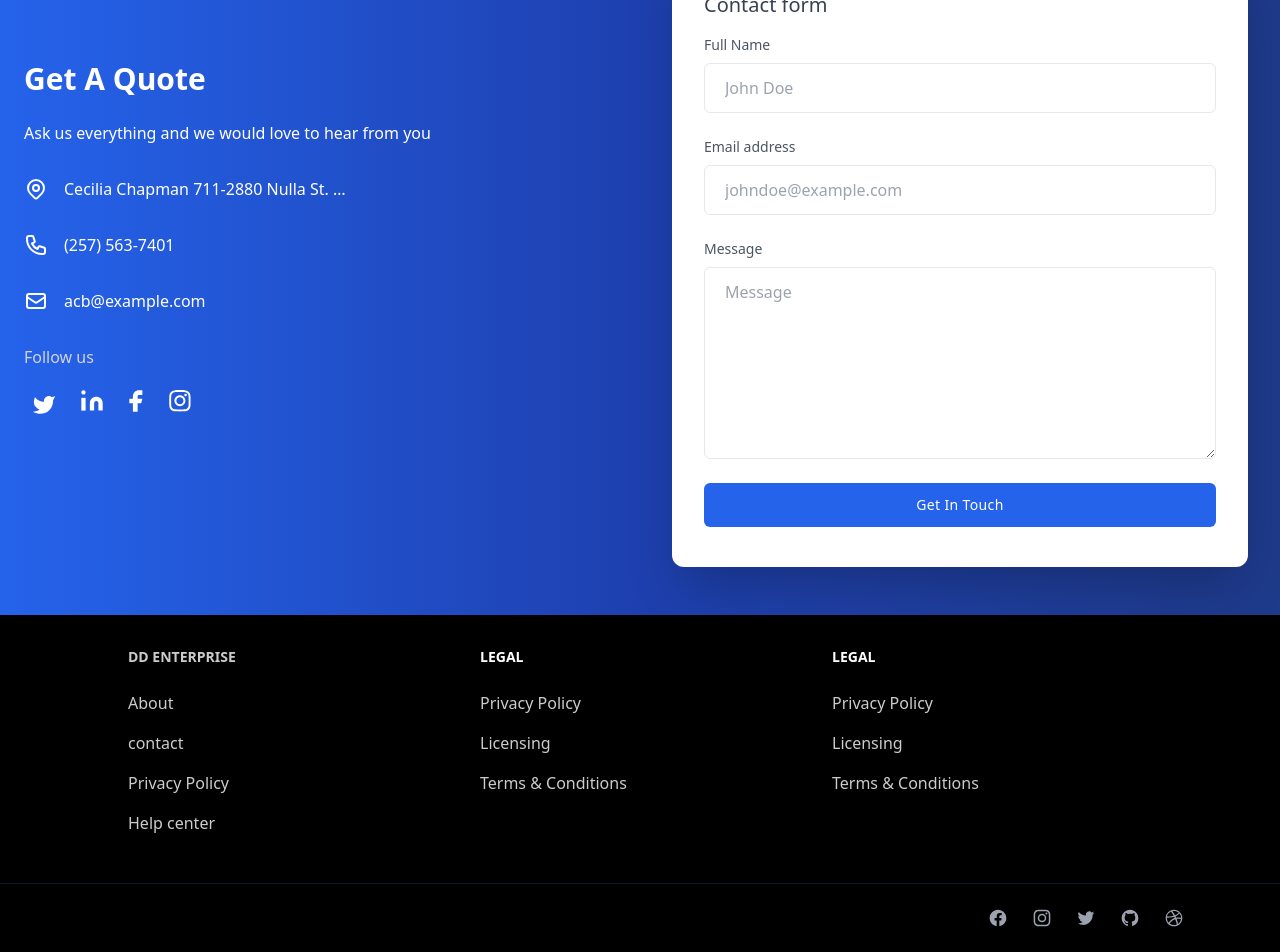
Repository: SehajBindra/web-app
Page: /
These files come from the project's save history. The page is drawn as it stood at one moment and after the next save; the edit follows.
The browser window is 1280 px wide. The pictures show the part of the page from y = 4772 to 5724 px (the page is 5724 px tall).
The project was rebuilt for these pictures with package versions that can differ from the ones it lists, and the page was loaded fresh each time. The framework's server and built-in components were replaced by stand-ins that run in the browser. Also part of the build but not shown: next.config.js.

Above is the page before, as saved 2023-04-07 20:12:56.

After the next save:
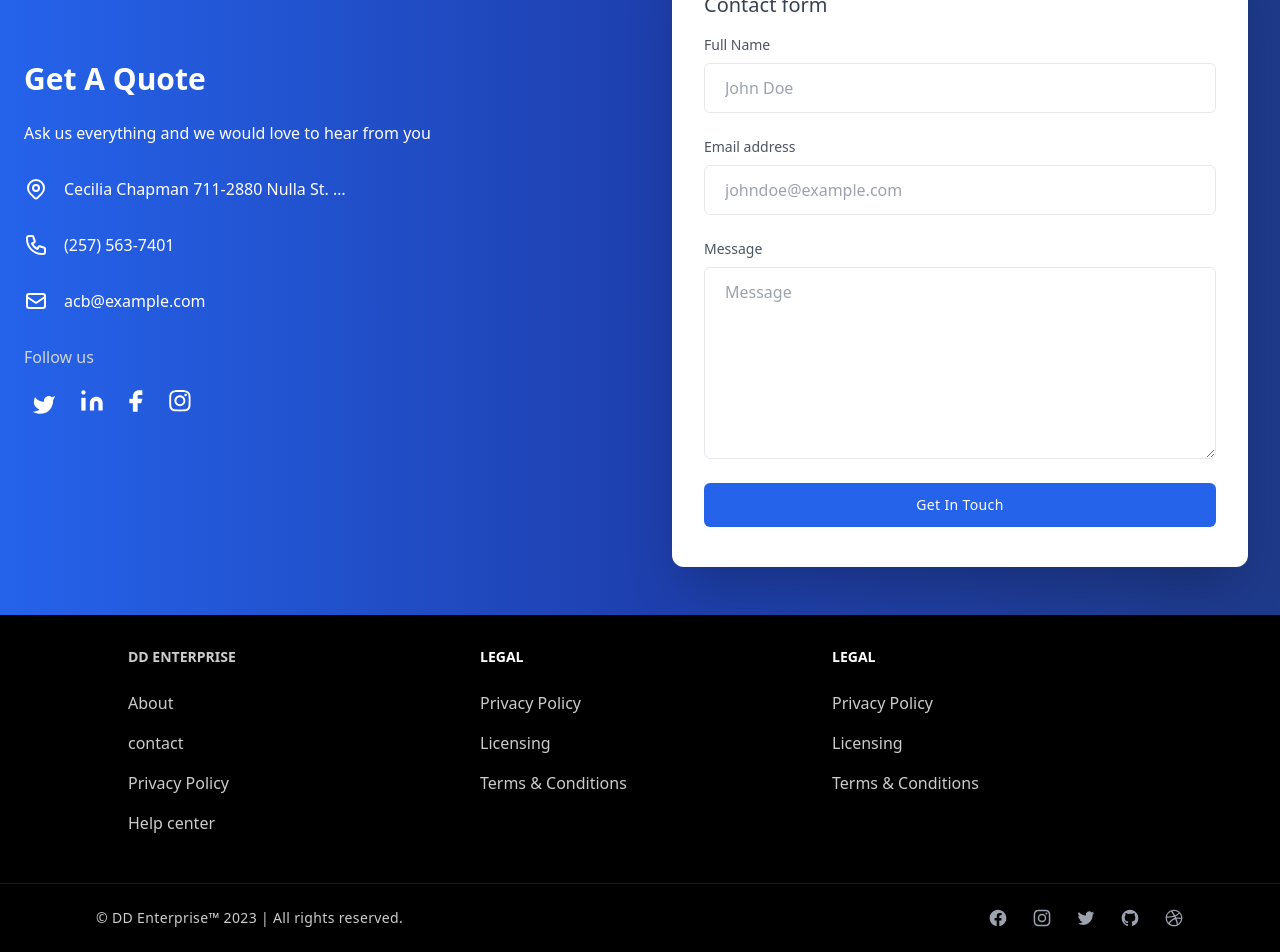
Saved 15 s later.
--- a/components/Footer.tsx
+++ b/components/Footer.tsx
@@ -80,7 +80,7 @@ function Footer() {
           </div>
         </div>
         <div className=" flex flex-col py-6  border-gray-900 border-t   md:flex md:flex-row px-24 md:items-center md:justify-between justify-center">
-          <span className="text-sm    tracking-wide text-center text-black/80 sm:text-center">
+          <span className="text-sm    tracking-wide text-center text-white/80 sm:text-center">
             © DD Enterprise™ 2023 | All rights reserved.
           </span>
           <div className="flex mt-8  justify-center space-x-6 sm:justify-center md:mt-0">
